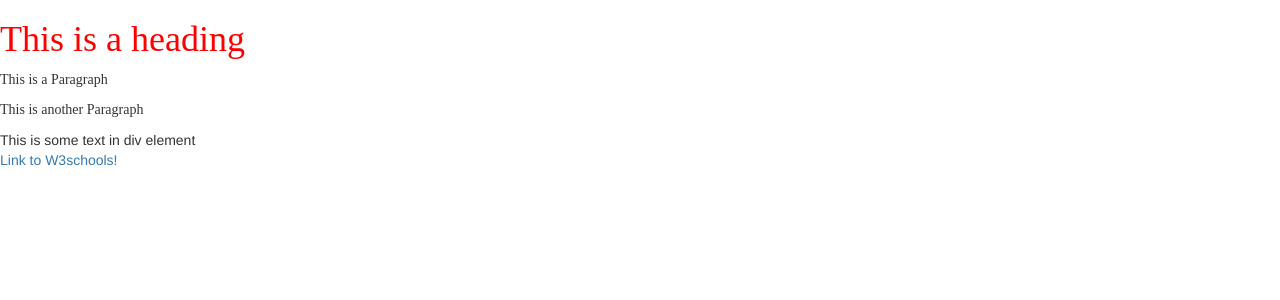
Repository: vaibhavkri/Trendnxt-Projects
Page: bootstrap/Bootstrap– L3 Assignment/Topic 5 CSS Pseudo-classes/Assignment2.html
These files come from the project's save history. The page is drawn as it stood at one moment and after the next save; the edit follows.
The browser window is 1280 px wide. The pictures show the whole page.

Above is the page before, as saved 2018-10-23 14:14:51.

After the next save:
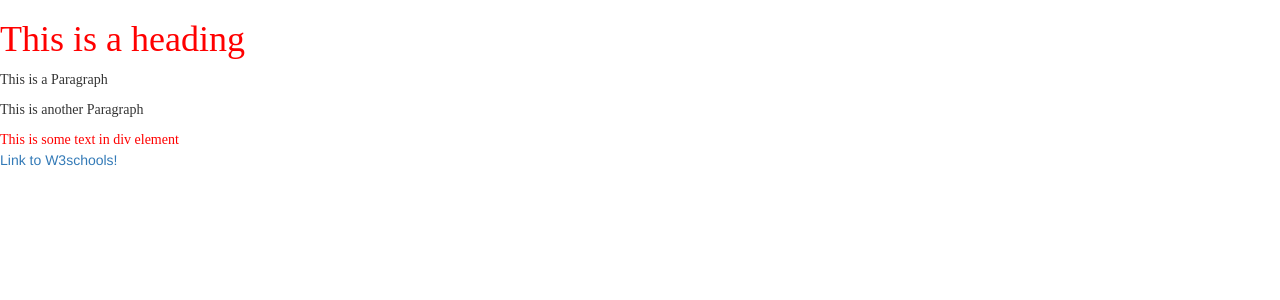
Saved 13 s later.
--- a/bootstrap/Bootstrap– L3 Assignment/Topic 5 CSS Pseudo-classes/Assignment2.html
+++ b/bootstrap/Bootstrap– L3 Assignment/Topic 5 CSS Pseudo-classes/Assignment2.html
@@ -20,7 +20,8 @@
         }
 
         div::first-line {
-            font-family: 'Times New Roman', Times, serif color: red;
+            font-family: 'Times New Roman', Times, serif;
+            color: red;
         }
 
         a::first-line {
